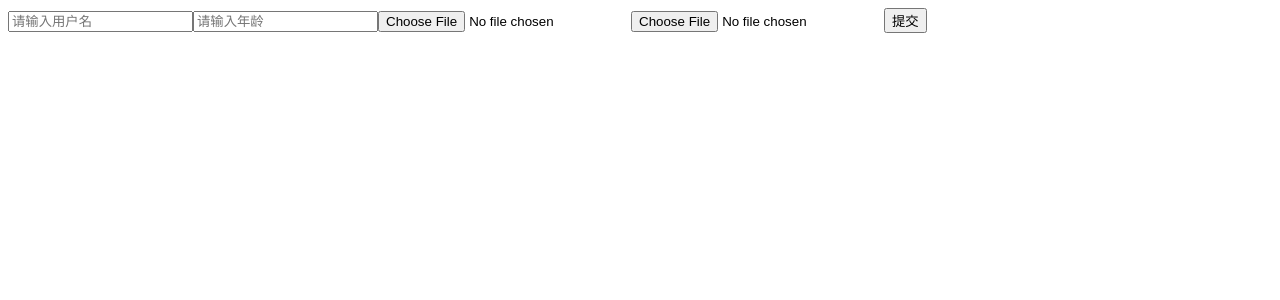
Repository: wfj01/Qmhht
Page: /#/Upload
An editor plug-in stored every save of this project. The page is shown before and after the next save, followed by the edit.
The browser window is 1280 px wide. The pictures show the whole page.
The project was rebuilt for these pictures with package versions that can differ from the ones it lists, and the page was loaded fresh each time. Also part of the build but not shown: src/components/HelloWorld.vue, src/view/msite.vue, src/view/index/index.vue, src/view/index/home/home.vue, src/view/login/login.vue, src/components/add/adduser.vue, src/view/table/table.vue.

Above is the page before, as saved 2021-01-16 15:23:37.
Console error: TypeError: Cannot read properties of undefined (reading 'protocol')

### src/main.js
// The Vue build version to load with the `import` command
// (runtime-only or standalone) has been set in webpack.base.conf with an alias.
import Vue from 'vue'
import App from './App'
import router from './router'
import Element  from 'element-ui';
import 'element-ui/lib/theme-chalk/index.css';
import axios from 'axios'
axios.defaults.headers.post['Content-Type'] = 'application/json';
Vue.prototype.$ajax = axios
Vue.use( axios)
Vue.use(Element, { size: 'small', zIndex: 3000 });

Vue.config.productionTip = false

/* eslint-disable no-new */
new Vue({
  el: '#app',
  router,
  components: { App },
  template: '<App/>'
})

### src/router/index.js
import Vue from 'vue'
import Router from 'vue-router'
import HelloWorld from '@/components/HelloWorld'
import MsitePage from '@/view/msite'
import IndexPage from '@/view/index/index'
import HomePage from '@/view/index/home/home'
import LoginPage from '@/view/login/login'
import TablePage from '@/view/table/table'
import UploadFile from  '@/view/uploadfile/index'
//申明使用插件
Vue.use(Router)

export default new Router({
  routes:[
    {
      path:'/index',
      name:"IndexPage",
      component: IndexPage,
      meta: {
        showFooter: true
      }
    },
    {
      path:'/home',
      component:HomePage,
      meta: {
        showFooter: true
      }
    },
    {
      path:'/Login',
      component:LoginPage,
      meta: {
        showFooter: false
      }
    },
    {
      path:'/Table',
      name:"TablePage",
      component:TablePage,
      meta: {
        showFooter: false
      }
    },
    {
      path:'/Upload',
      name:"UploadFile",
      component:UploadFile,
      meta: {
        showFooter: false
      }
    },
    {
      path: '/',
      component:MsitePage,
    }
  ]
})

### src/view/uploadfile/index.vue
<template>
  <!--文件上传表单-->
  <form>
    <input type="text" value="" v-model="name" placeholder="请输入用户名" />
    <input type="text" value="" v-model="age" placeholder="请输入年龄" />
    <input type="file" @change="getFile($event)" />
    <input type="file" @change="getFile2($event)" />
    <button @click="submit($event)">提交</button>
  </form>
</template>

<script>
import { strRebuild, lastSubstring } from "@/utils/strUtil";
import { message } from "@/utils/message";
import axios from "axios";
export default {
  data() {
    return {
      //文件
      file: "",
      file2: "",
    };
  },
  methods: {
    getFile(event) {
      this.file = event.target.files[0];
      console.log(this.file);
    },
    getFile2(event) {
      this.file2 = event.target.files[0];
      console.log(this.file2);
    },
    submit(event) {
      event.preventDefault(); //取消默认行为
      //创建 formData 对象
      let formData = new FormData();
      // 向 formData 对象中添加文件
      formData.append("file", this.file);

      http
        .uploadFile("taskManage/uploadFile2", formData)
        .then(function (response) {
          console.log("res: ", response);
        });
    },
  },
};
</script>

<style scoped>
</style>

### src/utils/strUtil.js
// 字符串相关工具类
// 数组根据分隔符重组为字符串
export function strRebuild(arr, split) {
    if (arr === undefined || arr === null || !(arr instanceof Array) || arr.length === 0) {
    return ''
    }
    if (split === undefined || split === null) {
    split = '，'
    }
    var str = ''
    arr.forEach((v, i) => {
    if (i === arr.length - 1) {
    str = str + v
    } else {
    str = str + v + split
    }
    })
    return str
   }

   // 截取最后一个特定字符后面的字符串
   export function lastSubstring(str, split) {
    if (str === undefined || str === null || split === undefined || split === null) {
    return ''
    }
    return str.substring(str.lastIndexOf(split) + 1)
   }

### src/utils/message.js
import { Message } from 'element-ui'

// 提示封装 type 提示类型， msg 提示信息，duration 持续时间
export function message(type, msg, duration) {
 Message({
 message: msg || 'success',
 type: type || 'success',
 duration: duration || 5 * 1000
 })
}

// 带删除键提示，duration 为 0 时，不会自动消失
// 提示封装 type 提示类型， msg 提示信息，duration 持续时间
export function messageShowClose(type, msg, duration) {
 Message({
 message: msg || 'success',
 type: type || 'success',
 duration: duration || 0,
 showClose: true
 })
}

Loaded but not shown: index.html (common file); src/App.vue (common file)

After the next save:
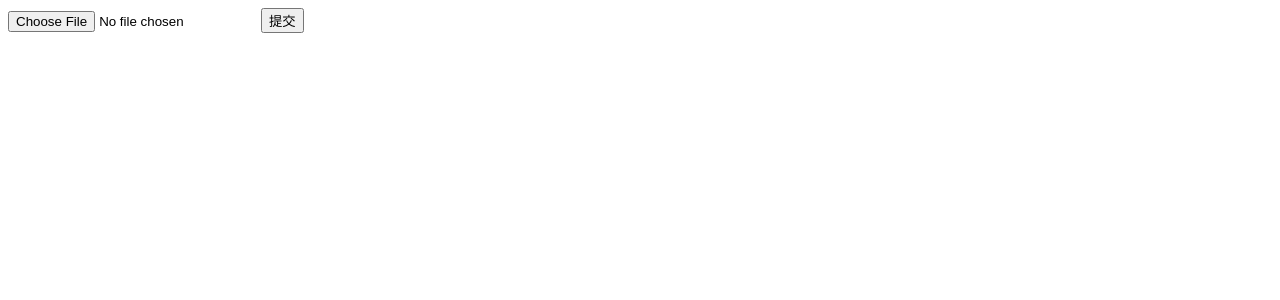
Saved 65 s later.
--- a/src/view/uploadfile/index.vue
+++ b/src/view/uploadfile/index.vue
@@ -1,10 +1,10 @@
 <template>
   <!--文件上传表单-->
   <form>
-    <input type="text" value="" v-model="name" placeholder="请输入用户名" />
-    <input type="text" value="" v-model="age" placeholder="请输入年龄" />
+    <!-- <input type="text" value="" v-model="name" placeholder="请输入用户名" /> -->
+    <!-- <input type="text" value="" v-model="age" placeholder="请输入年龄" /> -->
     <input type="file" @change="getFile($event)" />
-    <input type="file" @change="getFile2($event)" />
+    <!-- <input type="file" @change="getFile2($event)" /> -->
     <button @click="submit($event)">提交</button>
   </form>
 </template>
@@ -36,9 +36,8 @@ export default {
       let formData = new FormData();
       // 向 formData 对象中添加文件
       formData.append("file", this.file);
-
       http
-        .uploadFile("taskManage/uploadFile2", formData)
+        .uploadFile("http://localhost:33527//MultiFileUpload", formData)
         .then(function (response) {
           console.log("res: ", response);
         });
